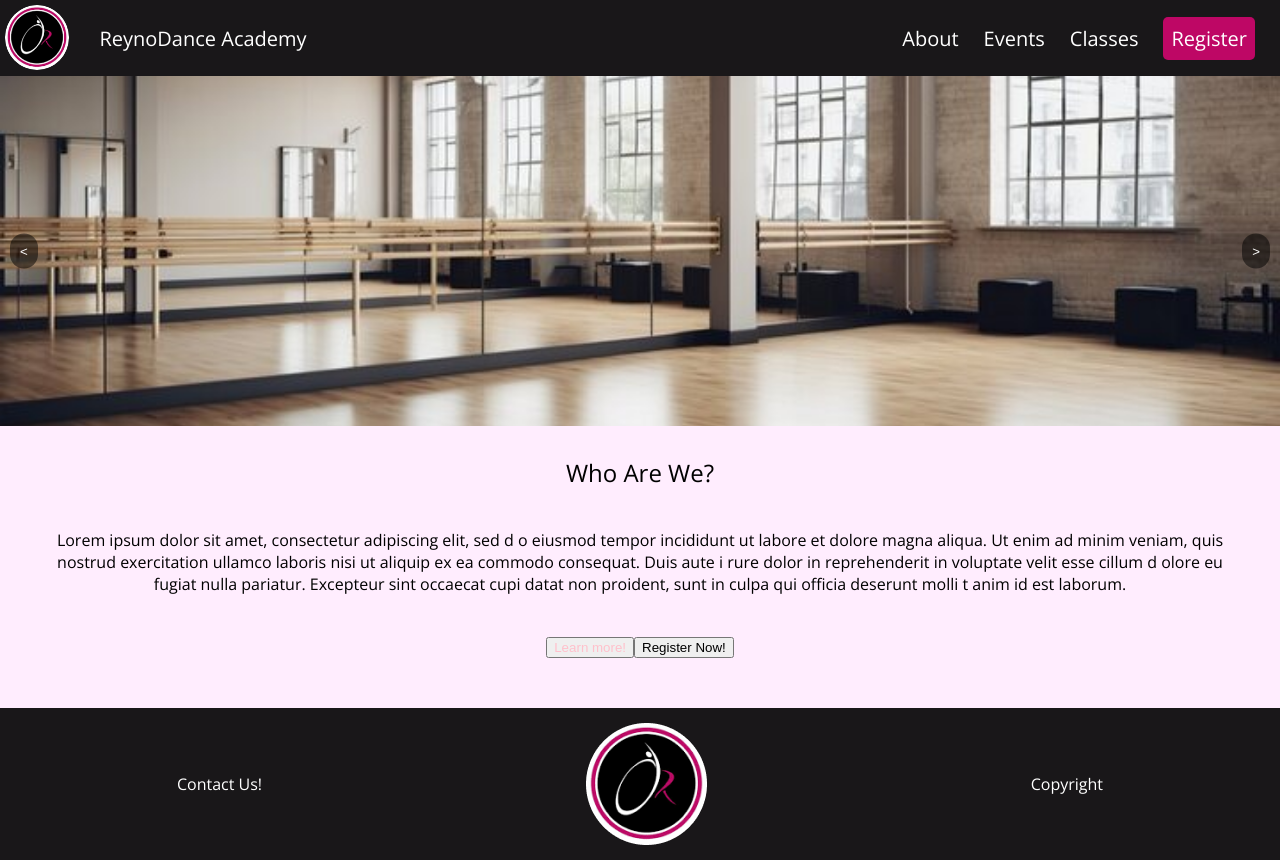
Repository: andreaelpz/reynodance-academy
Page: /
The author's editor kept a copy of each file at every save. The page is drawn from the files as they stood at one save, then again after a run of saves.
The browser window is 1280 px wide. The pictures show the whole page.
The project was rebuilt for these pictures with package versions that can differ from the ones it lists, and the page was loaded fresh each time. Also part of the build but not shown: angular.json, src/app/about/about.component.ts, src/app/classes/classes.component.ts, src/app/events/events.component.ts, src/app/user/sign-in/sign-in.component.ts, src/app/dashboard/dashboard.component.ts, src/app/user/register/register.component.ts, src/app/login/login.component.ts.

Above is the page before, as saved 2024-11-19 23:08:46.

### src/index.html
<!doctype html>
<html lang="en">
<head>
  <meta charset="utf-8">
  <title>ReynodanceAcademy</title>
  <base href="/">
  <meta name="viewport" content="width=device-width, initial-scale=1">
  <link rel="icon" type="image/x-icon" href="/assets/images/logo.png">
</head>
<body>
  <app-root></app-root>
</body>
</html>

### src/styles.css
/* You can add global styles to this file, and also import other style files */
@import url('https://fonts.googleapis.com/css2?family=Open+Sans:wght@300;400;500;600;700;800&display=swap');

:root {
  --black: rgb(0,0,0,.9);
  --lightPink: #FFEDFE;
  --hotPink: #BE0765;
}

body {
  margin: 0;
  background: var(--lightPink);
  font-family: 'Open Sans', sans-serif;
  font-weight: 300;
  color: white;
}

### src/app/app.module.ts
import { NgModule } from '@angular/core';
import { BrowserModule } from '@angular/platform-browser';
import { FormsModule } from '@angular/forms';
import { AppRoutingModule } from './app-routing.module';

import { AppComponent } from './app.component';
import { NavbarComponent } from './navbar/navbar.component';
import { AboutComponent } from './about/about.component';
import { ClassesComponent } from './classes/classes.component';
import { EventsComponent } from './events/events.component';
import { RegisterComponent } from './user/register/register.component';
import { LoginComponent } from './login/login.component';
import { SignInComponent } from './user/sign-in/sign-in.component';
import { DashboardComponent } from './dashboard/dashboard.component';
import { HomeComponent } from './home/home.component';
import { FooterComponent } from './footer/footer.component';

@NgModule({
  declarations: [
    AppComponent,
    NavbarComponent,
    AboutComponent,
    ClassesComponent,
    EventsComponent,
    RegisterComponent,
    LoginComponent,
    SignInComponent,
    DashboardComponent,
    HomeComponent,
    FooterComponent
  ],
  imports: [
    BrowserModule,
    AppRoutingModule,
    FormsModule
  ],
  providers: [],
  bootstrap: [AppComponent]
})
export class AppModule { }

### src/app/app-routing.module.ts
import { NgModule } from '@angular/core';
import { RouterModule, Routes } from '@angular/router';
import { AboutComponent } from './about/about.component';
import { ClassesComponent } from './classes/classes.component';
import { EventsComponent } from './events/events.component';
import { SignInComponent } from './user/sign-in/sign-in.component';
import { DashboardComponent } from './dashboard/dashboard.component';
import { HomeComponent } from './home/home.component';
import { RegisterComponent } from './user/register/register.component';

const routes: Routes = [
  {path: 'about', component: AboutComponent, title:"About - ReynoDance"},
  {path: 'classes', component: ClassesComponent, title:"Classes - ReynoDance"},
  {path: 'events', component: EventsComponent, title:"Events - ReynoDance"},
  {path: 'register', component: RegisterComponent, title:"Register - ReynoDance"},
  {path: 'sign-in', component: SignInComponent, title:"Sign-In - ReynoDance"},
  {path: 'dashboard', component: DashboardComponent, title:"Dashboard - ReynoDance"},
  {path: '', component: HomeComponent, title:"ReynoDance Academy"}
];

@NgModule({
  imports: [RouterModule.forRoot(routes)],
  exports: [RouterModule]
})
export class AppRoutingModule { }

### src/app/app.component.ts
import { Component } from '@angular/core';

@Component({
  selector: 'app-root',
  templateUrl: './app.component.html',
  styleUrls: ['./app.component.css']
})
export class AppComponent {
  title = 'reynodance-academy';
}

### src/app/home/home.component.ts
import { Component } from '@angular/core';

@Component({
  selector: 'app-home',
  templateUrl: './home.component.html',
  styleUrls: ['./home.component.css']
})
export class HomeComponent {
  images: string[] = ['studio.jpg', 'girls.jpg', 'solo.jpg'];
  currentIndex: number = 0;

  nextPic(): number{
    this.currentIndex++;

    if (this.currentIndex === this.images.length){
      this.currentIndex = 0;
    }

    return this.currentIndex;
  }

  prevPic(): number{
    if (this.currentIndex === 0){
      this.currentIndex = this.images.length - 1;
      return this.currentIndex;
    }

    this.currentIndex--;

    return this.currentIndex;
  }

  getImagePath(): string{
    return `/assets/images/${this.images[this.currentIndex]}`;
  }
}

### src/app/navbar/navbar.component.html
<div class = "container">
  <div class = "left">
    <a href = ""> <img class = "logo" src="/assets/images/logo.png" alt="Logo"/> </a>
    <a href = "">ReynoDance Academy</a>
  </div>
  <div class = "right">
    <a href = "/about">About</a>
    <a href = "/events">Events</a>
    <a href = "/classes">Classes</a>
    <a class = "register" href = "/register">Register</a>
  </div>
</div>

### src/app/navbar/navbar.component.css
.container{
  display: flex;
  justify-content: space-between;
  font-size: 20px;
  background-color: var(--black);
}

.left{
  display: flex;
  align-items: center;
  margin-left: 5px;
}

.left *{
  margin-right: 15px;
}

.logo{
  height: 65px;
  border-radius: 100%;
  margin-top: 5px;
}

.right{
  display: flex;
  align-items: center;
  margin-right: 25px;
}

.right *{
  margin-left: 25px;
}

a{
  text-decoration: none;
  color: white;
}

.register{
  background-color: var(--hotPink);
  padding: 8px;
  border-radius: 5px;
}

.register:hover{
  border-color: 10px solid var(--hotPink);
  background-color: #FFEDFE;
  color: var(--hotPink);
  font-size: 18px;
  font-weight: 400;
  border-color: var(--hotPink)
}

### src/app/home/home.component.html

    <div class = "pictures">
        <button type = "picsButton" (click) = prevPic()><</button>
        <img alt = "ReynoDance" [src]="getImagePath()">
        <button type = "picsButton" (click) = nextPic()>></button>
    </div>
<div class = "container">
    <div class = "intro">
        <div class = "title">Who Are We?</div>
        <div class = "summary">
            Lorem ipsum dolor sit amet, consectetur adipiscing elit, sed d
            o eiusmod tempor incididunt ut labore et dolore magna aliqua.
            Ut enim ad minim veniam, quis nostrud exercitation ullamco
            laboris nisi ut aliquip ex ea commodo consequat. Duis aute i
            rure dolor in reprehenderit in voluptate velit esse cillum d
            olore eu fugiat nulla pariatur. Excepteur sint occaecat cupi
            datat non proident, sunt in culpa qui officia deserunt molli
            t anim id est laborum.
        </div>
    </div>

    <div>
        <button [routerLink] = "['/about']" class = "learnMore">Learn more!</button>
        <button [routerLink] = "['/register']" class = "register">Register Now!</button>
    </div>

</div>

### src/app/home/home.component.css
.pictures {
  display: flex;
  width: 100%;
  height: 350px;
  flex-direction: row;
  justify-content: space-between;
  overflow: hidden;
  position: relative;
}

img {
  width: 100%;
  height: 100%;
  object-fit: cover; /* crop excess */
}

.pictures button {
  position: absolute;
  top: 50%;
  transform: translateY(-50%);
  background-color: rgba(0, 0, 0, 0.5);
  color: white;
  border: none; /* Remove borders */
  padding: 10px;
  cursor: pointer;
  border-radius: 25px;
}

.pictures button:hover {
  background-color: rgba(0, 0, 0, 0.7);
}

.pictures button:first-of-type {
  left: 10px;
}

.pictures button:last-of-type {
  right: 10px;
}

.container{
  color:black;
  display:flex;
  flex-direction: column;
  justify-content: center;
  align-items: center;
  padding: 30px 50px 50px 50px;
}

.title{
  text-align: center;
  display: flex;
  justify-content: center;
  margin-bottom: 40px;
  font-size: 24px;
  font-weight:400;
}

.summary{
    text-align: center;
    display: flex;
    justify-content: center;
    margin-bottom: 40px;
}

.learnMore{
  color:pink;
}

### src/app/footer/footer.component.html
<div class = "container">
    <div class = "links">Contact Us!</div>
    <img class = "logo" src="/assets/images/logo.png">
    <div class = "copyright">Copyright</div>
</div>

### src/app/footer/footer.component.css
.container{
    background-color: var(--black);
    display: flex;
    flex-direction: row;
    justify-content: space-around;
    padding: 15px;
    align-items: center;
}

Loaded but not shown: src/main.ts (common file); src/app/navbar/navbar.component.ts (common file); src/app/footer/footer.component.ts (common file); src/app/app.component.html (common file); src/app/app.component.css (no copy from this time; the picture is the same without it)

After the next 2 saves:
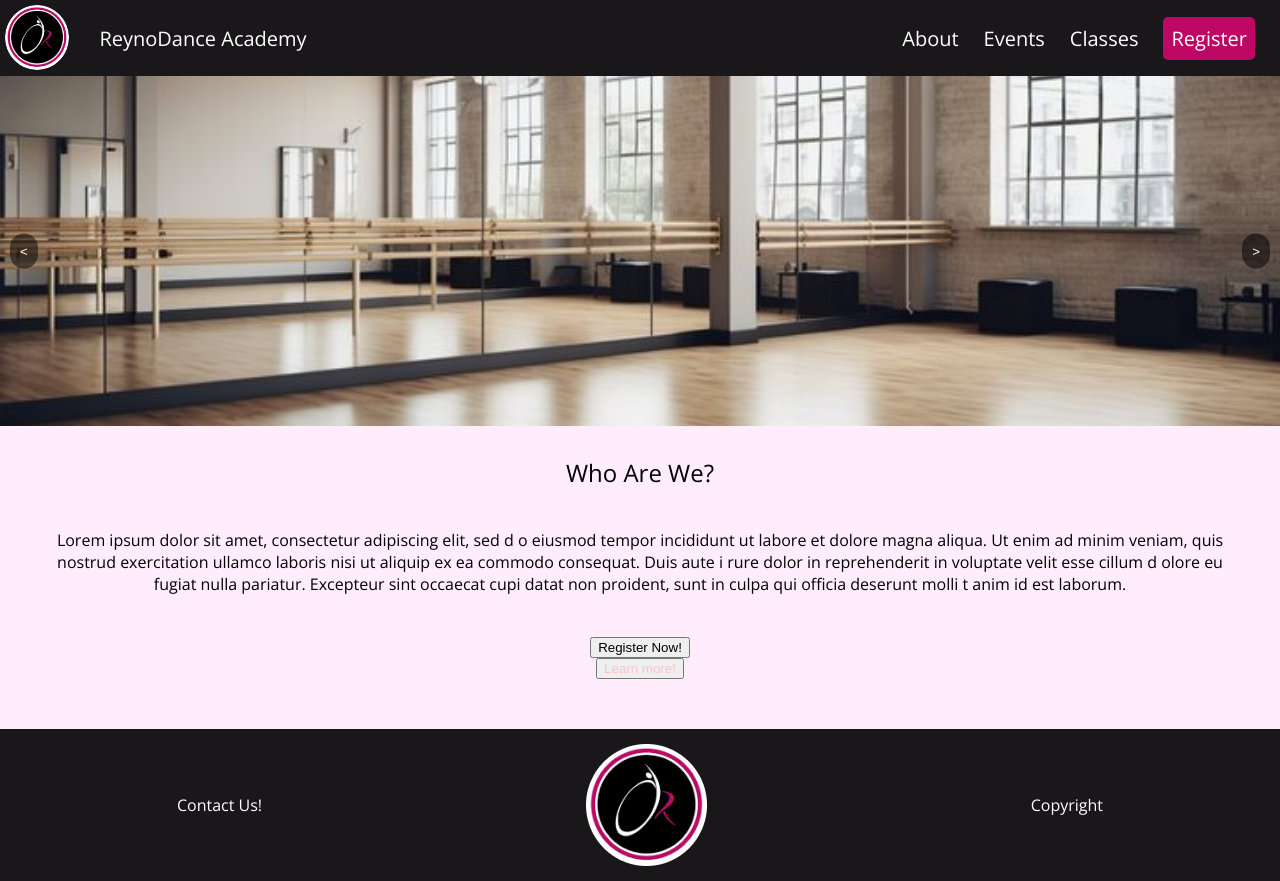
The 2 saves are shown as one change because they came seconds apart.
The last was saved 31 s later.
--- a/src/app/home/home.component.html
+++ b/src/app/home/home.component.html
@@ -20,8 +20,9 @@
     </div>
 
     <div>
-        <button [routerLink] = "['/about']" class = "learnMore">Learn more!</button>
         <button [routerLink] = "['/register']" class = "register">Register Now!</button>
     </div>
 
+    <button [routerLink] = "['/about']" class = "learnMore">Learn more!</button>
+
 </div>
